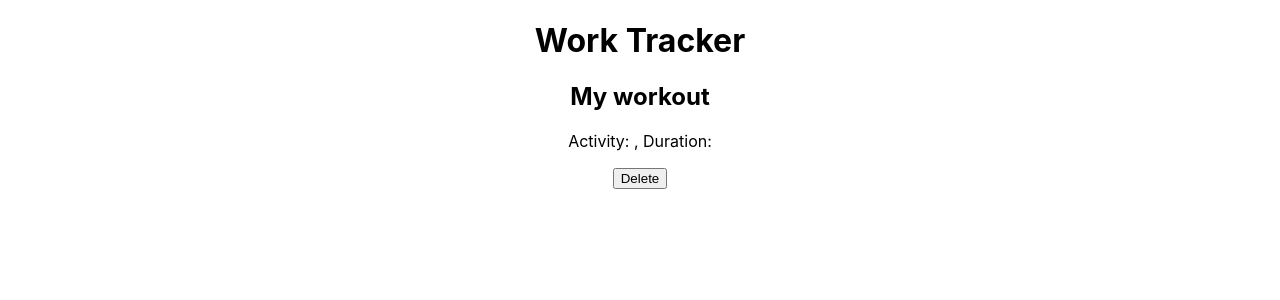
Repository: sudhakaryadav07/react-hooks
Page: /
The author's editor kept a copy of each file at every save. The page is drawn from the files as they stood at one save, then again after the next save.
The browser window is 1280 px wide. The pictures show the whole page.
The project was rebuilt for these pictures with package versions that can differ from the ones it lists, and the page was loaded fresh each time.

Above is the page before, as saved 2021-03-25 11:13:29.

After the next save:
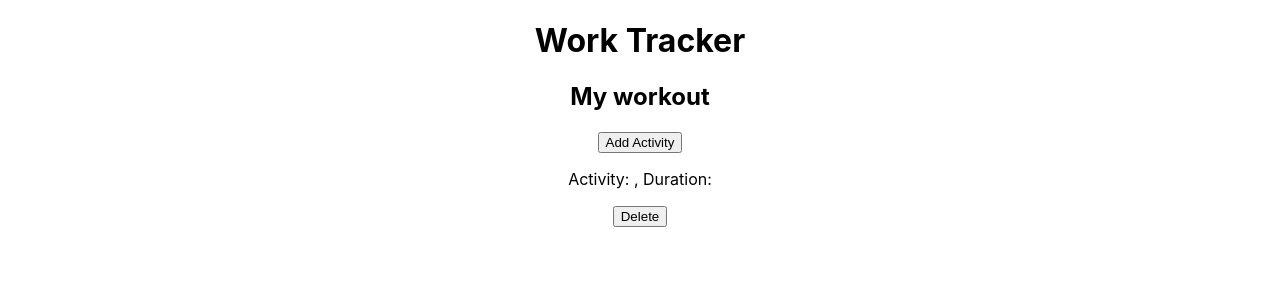
Saved 42 s later.
--- a/src/components/Workouts.js
+++ b/src/components/Workouts.js
@@ -5,6 +5,7 @@ const Workouts = () => {
     return (
         <div>
             <h2>My workout</h2>
+            <button>Add Activity</button>
             <Activity />
         </div>
     )
